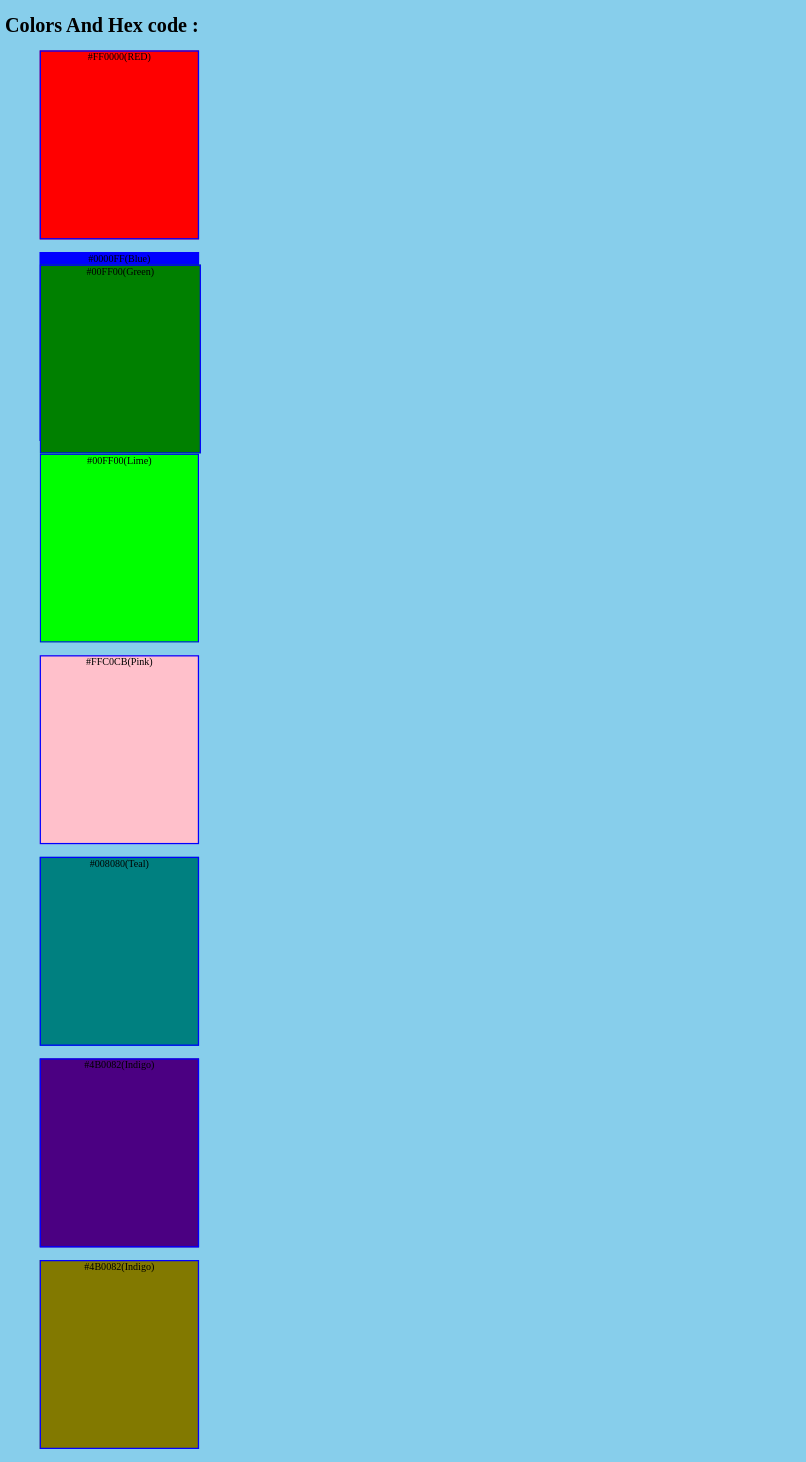
Repository: MintuKrishnan/subrahmanyam-batch
Page: front-end/position/index.html
An editor plug-in stored every save of this project. The page is shown before and after the next save, followed by the edit.
The browser window is 1280 px wide. The pictures show the whole page, at 63% of full size.

Above is the page before, as saved 2021-03-04 10:40:51.

### front-end/position/index.html
<!-- <!DOCTYPE html>
<html lang="en">
<head>
    <meta charset="UTF-8">
    <meta http-equiv="X-UA-Compatible" content="IE=edge">
    <meta name="viewport" content="width=device-width, initial-scale=1.0">
    <title>Document</title>
</head>
<body>
    <div class="box1">Box1</div>
    <div class="box2">Box2</div>
    <div class="box3">Box3</div>

</body>
</html> -->

<!DOCTYPE html>
<html lang="en">
  <head>
    <meta charset="UTF-8" />
    <meta http-equiv="X-UA-Compatible" content="IE=edge" />
    <meta name="viewport" content="width=device-width, initial-scale=1.0" />
    <link rel="stylesheet" href="style.css" />
    <title>Colors And Hex code</title>
  </head>
  <body>
    <div class="container">
      <h1>Colors And Hex code :</h1>

      <div class="box">
        <div class="property bottom1">#FF0000(RED)</div>
        <div class="property bottom2 fix">#00FF00(Green)</div>
        <div class="property bottom3">#0000FF(Blue)</div>
        <div class="property bottom4 sticky">#00FF00(Lime)</div>
        <div class="property bottom5">#FFC0CB(Pink)</div>
        <div class="property bottom6">#008080(Teal)</div>
        <div class="property bottom7">#4B0082(Indigo)</div>
        <div class="property bottom8">#4B0082(Indigo)</div>
      </div>
    </div>
  </body>
</html>

### front-end/position/style.css
body {
  background-color: skyblue;
}
.property {
  /* float: left; */
  /* display: inline-block; */
  width: 20%;
  height: 300px;
  margin: 20px 0px 20px 55px;
  border: 2px solid blue;
  box-sizing: border-box;
  text-align: center;
}
.fix {
  position: fixed;
}
.sticky {
  position: sticky;
}
.bottom1 {
  background: red;
}
.bottom2 {
  background: green;
}
.bottom3 {
  background: blue;
}
.bottom4 {
  background: lime;
}
.bottom5 {
  background: pink;
}
.bottom6 {
  background: teal;
}
.bottom7 {
  background: indigo;
}
.bottom8 {
  background: rgb(130, 121, 0);
}
.container ul li:hover {
  opacity: 0.8;
}

After the next save:
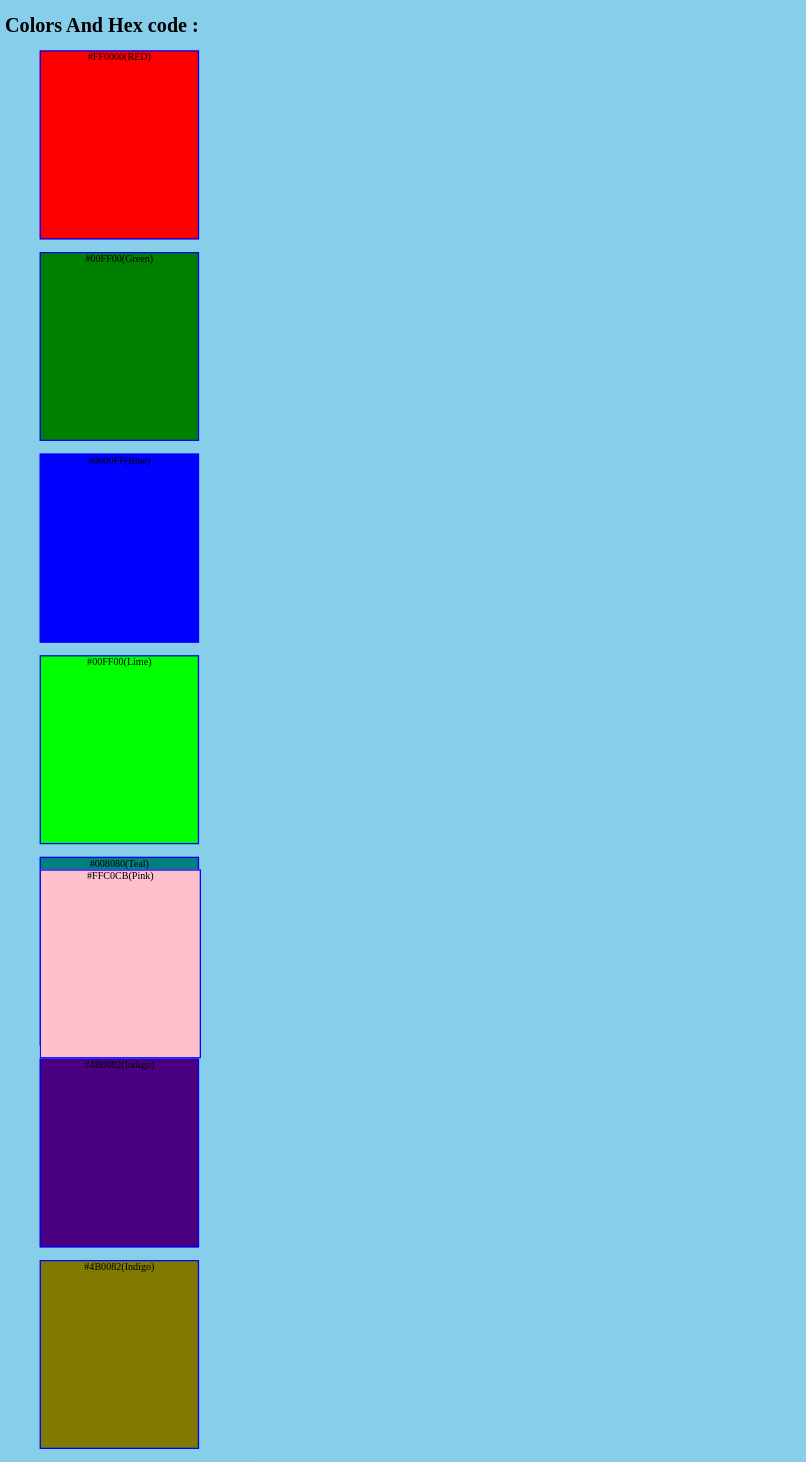
Saved 69 s later.
--- a/front-end/position/index.html
+++ b/front-end/position/index.html
@@ -29,10 +29,10 @@
 
       <div class="box">
         <div class="property bottom1">#FF0000(RED)</div>
-        <div class="property bottom2 fix">#00FF00(Green)</div>
+        <div class="property bottom2 sticky">#00FF00(Green)</div>
         <div class="property bottom3">#0000FF(Blue)</div>
-        <div class="property bottom4 sticky">#00FF00(Lime)</div>
-        <div class="property bottom5">#FFC0CB(Pink)</div>
+        <div class="property bottom4">#00FF00(Lime)</div>
+        <div class="property bottom5 fix">#FFC0CB(Pink)</div>
         <div class="property bottom6">#008080(Teal)</div>
         <div class="property bottom7">#4B0082(Indigo)</div>
         <div class="property bottom8">#4B0082(Indigo)</div>

After the 4 saves that followed:
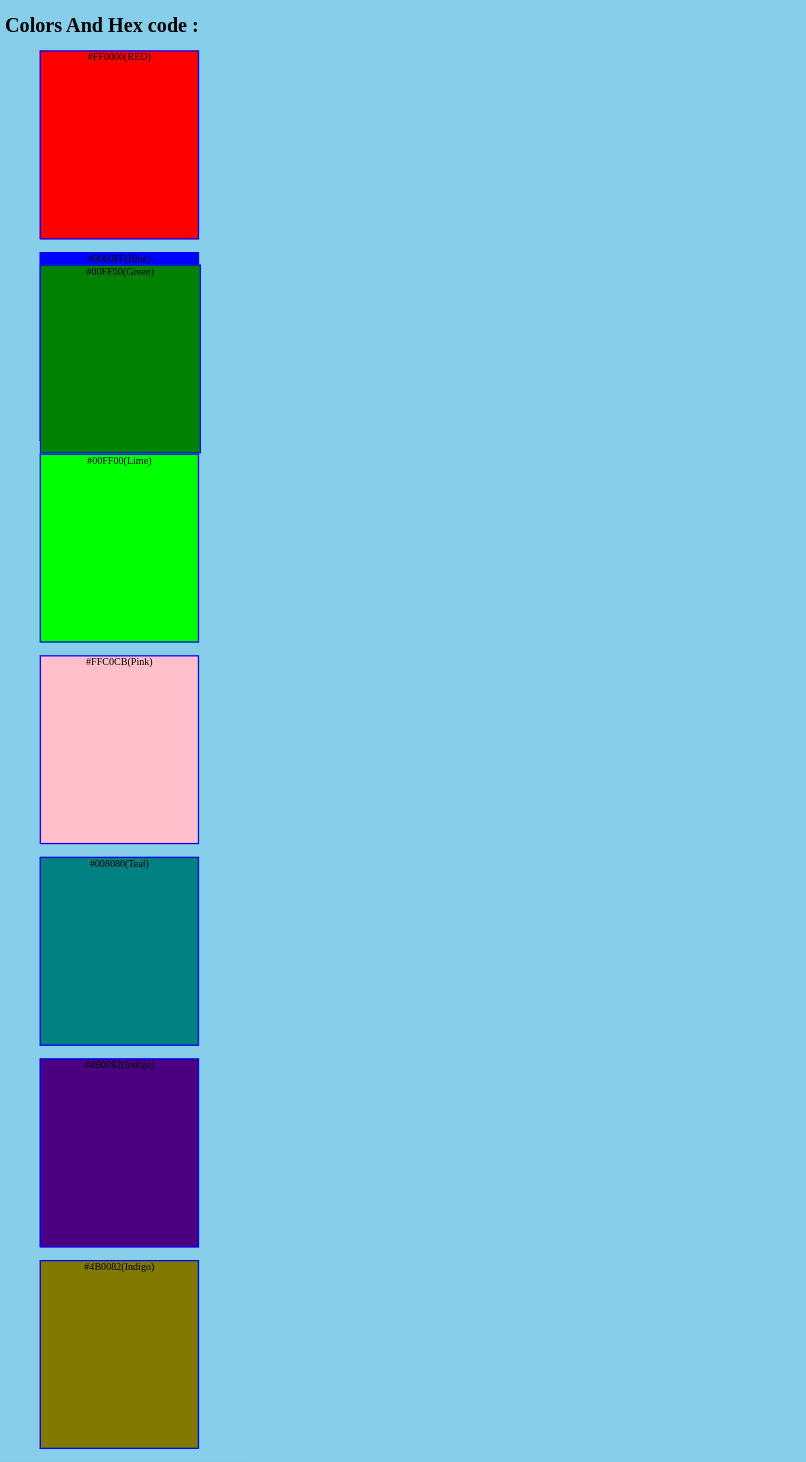
The 4 saves are shown as one change because 3 left the picture as it was.
The last was saved 4 min 54 s later.
--- a/front-end/position/index.html
+++ b/front-end/position/index.html
@@ -29,10 +29,10 @@
 
       <div class="box">
         <div class="property bottom1">#FF0000(RED)</div>
-        <div class="property bottom2 sticky">#00FF00(Green)</div>
+        <div class="property bottom2 fix">#00FF00(Green)</div>
         <div class="property bottom3">#0000FF(Blue)</div>
         <div class="property bottom4">#00FF00(Lime)</div>
-        <div class="property bottom5 fix">#FFC0CB(Pink)</div>
+        <div class="property bottom5">#FFC0CB(Pink)</div>
         <div class="property bottom6">#008080(Teal)</div>
         <div class="property bottom7">#4B0082(Indigo)</div>
         <div class="property bottom8">#4B0082(Indigo)</div>
--- a/front-end/position/style.css
+++ b/front-end/position/style.css
@@ -15,6 +15,7 @@ body {
   position: fixed;
 }
 .sticky {
+  position: -webkit-sticky;
   position: sticky;
 }
 .bottom1 {
